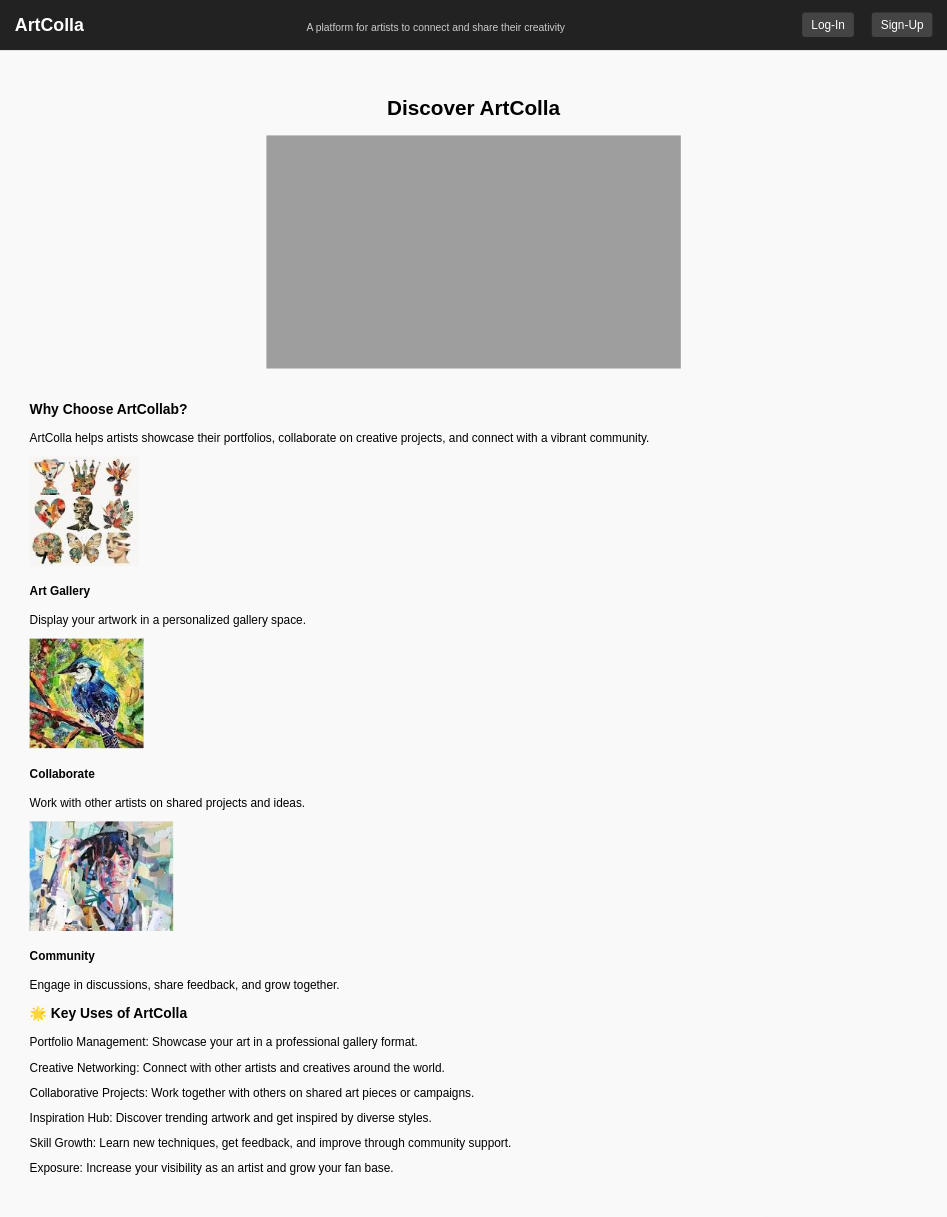
Repository: jeevanReddyP/ArtCollab_App
Page: index.html
An editor plug-in stored every save of this project. The page is shown before and after a run of saves, followed by the edit.
The browser window is 1280 px wide. The pictures show the whole page, at 74% of full size.
Pictures or frames that could not be fetched are drawn as grey boxes.

Above is the page before, as saved 2025-06-11 16:43:14.

After the next 9 saves:
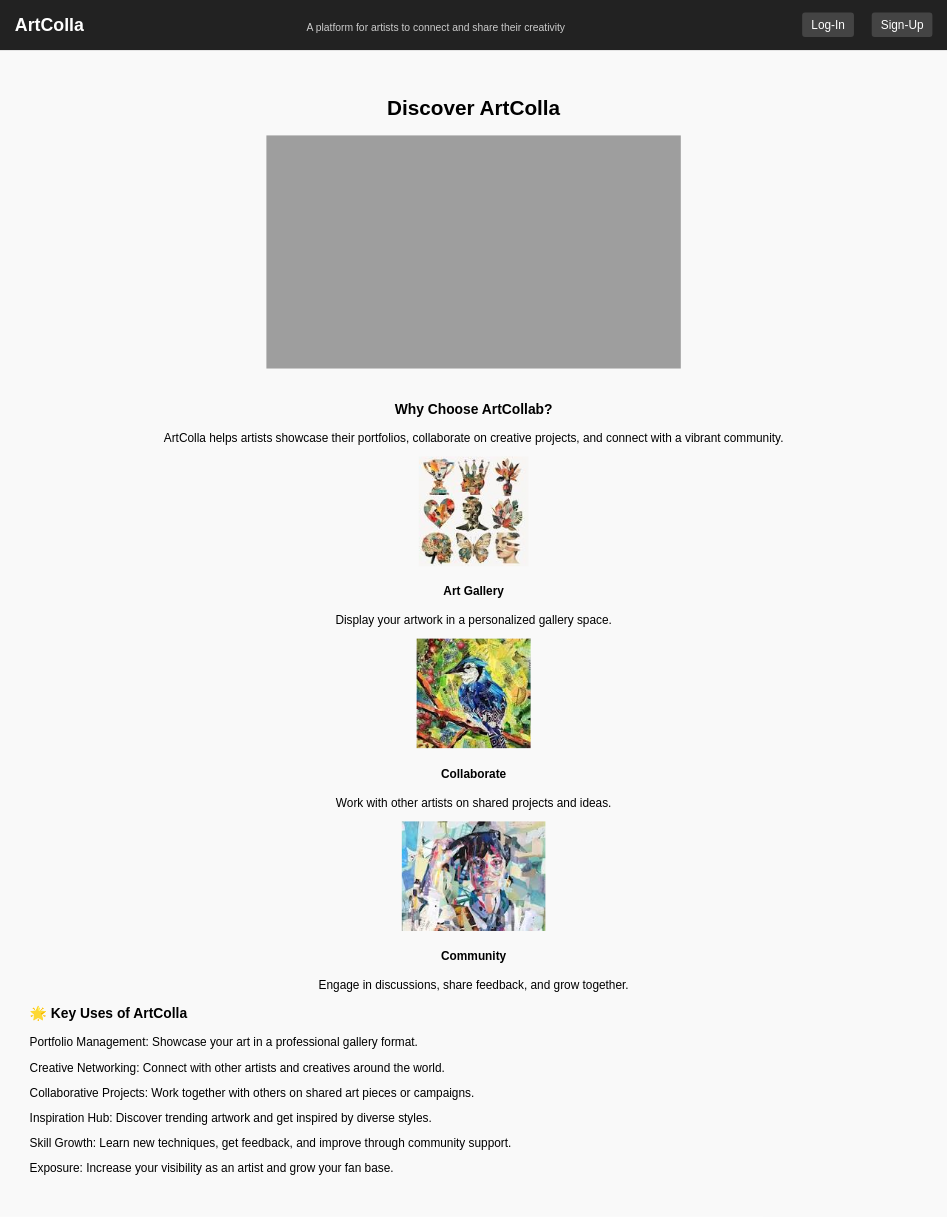
The 9 saves are shown as one change because they came seconds apart.
The last was saved 52 s later.
--- a/index.css
+++ b/index.css
@@ -44,3 +44,7 @@ transition: backgroun-color 0.3s;
   font-size: 28px;
   margin-bottom: 20px;
 }
+.app-details{
+    text-align: center;
+    background-color: ;
+}
